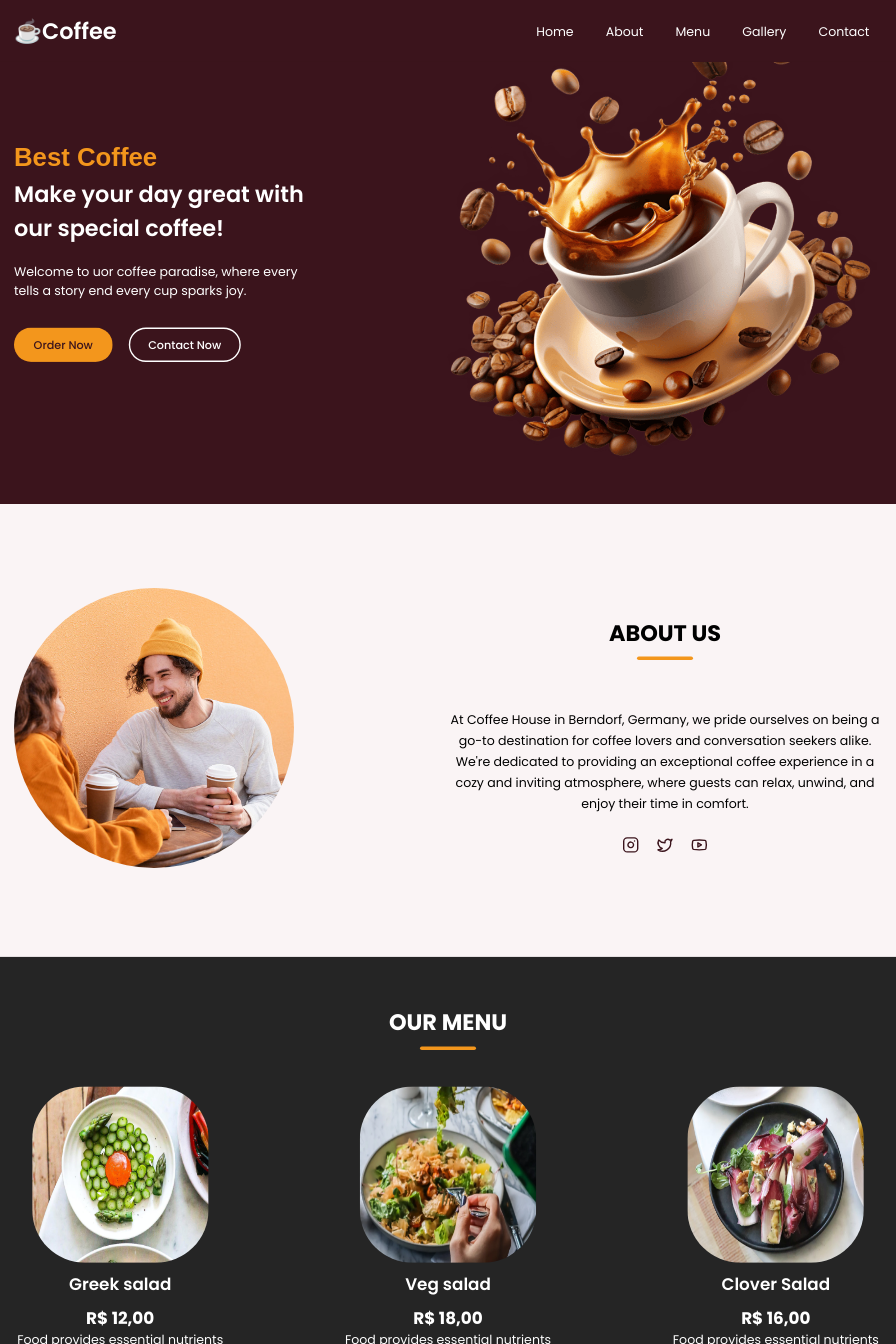
Repository: guilhermecardoso93/coffe-site-vite
Page: /
The author's editor kept a copy of each file at every save. The page is drawn from the files as they stood at one save, then again after a run of saves.
The browser window is 1280 px wide. The pictures show the part of the page from y = 0 to 1920 px (the page is 7700 px tall before and 720 px after), at 70% of full size.
Some web fonts or font styles are not loaded; a fallback is used. The project was rebuilt for these pictures with package versions that can differ from the ones it lists, and the page was loaded fresh each time. Also part of the build but not shown: vite.config.js, src/components/Testimonials/styles.css.

Above is the page before, as saved 2024-11-22 20:22:48.

After the next 2 saves:
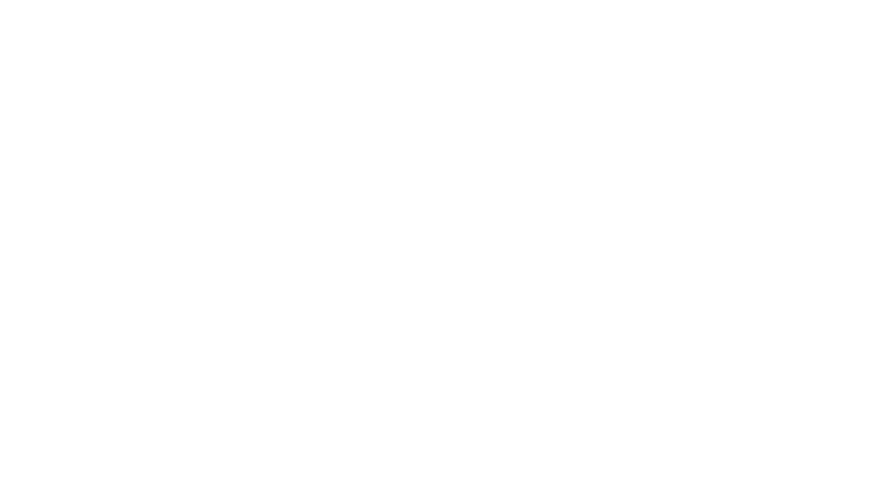
Console error: TypeError: mod is not a function
The 2 saves are shown as one change because they came seconds apart.
The last was saved 41 s later.
--- a/src/components/Testimonials/index.jsx
+++ b/src/components/Testimonials/index.jsx
@@ -1,9 +1,15 @@
-import { Swiper, SwiperSlide } from "swiper/react";
+import {
+  Swiper,
+  SwiperSlide,
+  Navigation,
+  Pagination,
+  History,
+} from "swiper/react";
 import "swiper/css";
 import { testimonials } from "../../assets/assets";
 import "./styles.css";
-import 'swiper/css/navigation';
-import 'swiper/css/pagination';
+import "swiper/css/navigation";
+import "swiper/css/pagination";
 
 export function Testimonials() {
   return (
@@ -18,8 +24,11 @@
                 slidesPerView={1}
                 navigation={true}
                 pagination={true}
-                onSlideChange={() => console.log("slide change")}
-                onSwiper={(swiper) => console.log(swiper)}
+                history={{
+                  key: "slide",
+                }}
+                modules={[Navigation, Pagination, History]}
+                className="mySwiper"
               >
                 {testimonials.map((item, index) => {
                   return (

After the 2 saves that followed:
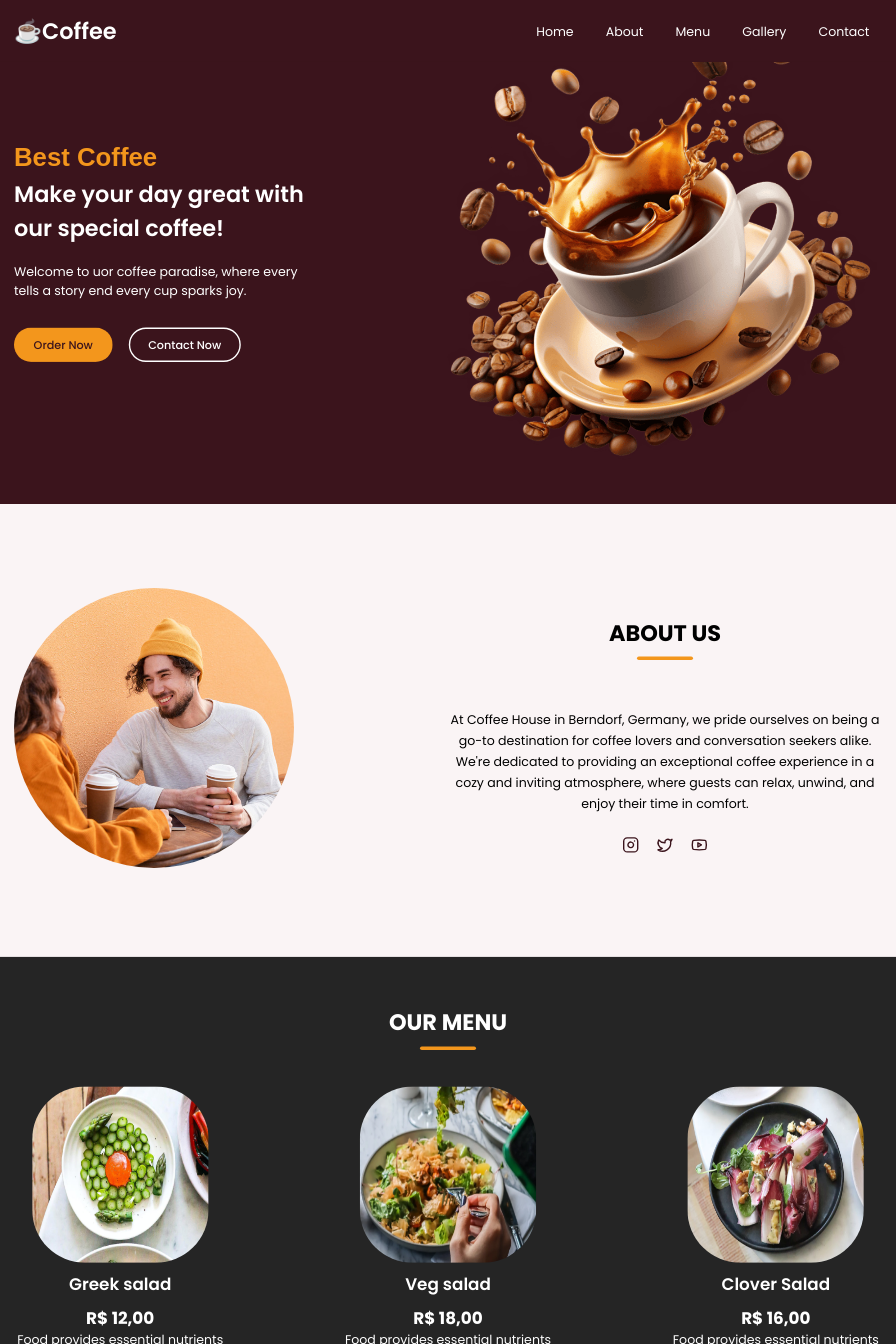
The error is gone.
The 2 saves are shown as one change because 1 left the picture as it was.
The last was saved 63 s later.
--- a/src/components/Testimonials/index.jsx
+++ b/src/components/Testimonials/index.jsx
@@ -1,15 +1,19 @@
-import {
-  Swiper,
-  SwiperSlide,
-  Navigation,
-  Pagination,
-  History,
-} from "swiper/react";
+import React, { useRef, useState } from "react";
+// Import Swiper React components
+import { Swiper, SwiperSlide } from "swiper/react";
+
+// Import Swiper styles
 import "swiper/css";
+import "swiper/css/navigation";
+import "swiper/css/pagination";
+
+import "./styles.css";
+
+// import required modules
+import { Navigation, Pagination, History } from "swiper/modules";
 import { testimonials } from "../../assets/assets";
 import "./styles.css";
-import "swiper/css/navigation";
-import "swiper/css/pagination";
+
 
 export function Testimonials() {
   return (
@@ -32,7 +36,7 @@
               >
                 {testimonials.map((item, index) => {
                   return (
-                    <SwiperSlide>
+                    <SwiperSlide data-history={index}>
                       <li className="testimonial" key={index}>
                         <img src={item.image} alt="" className="user-image" />
                         <h3 className="name">{item.name}</h3>
